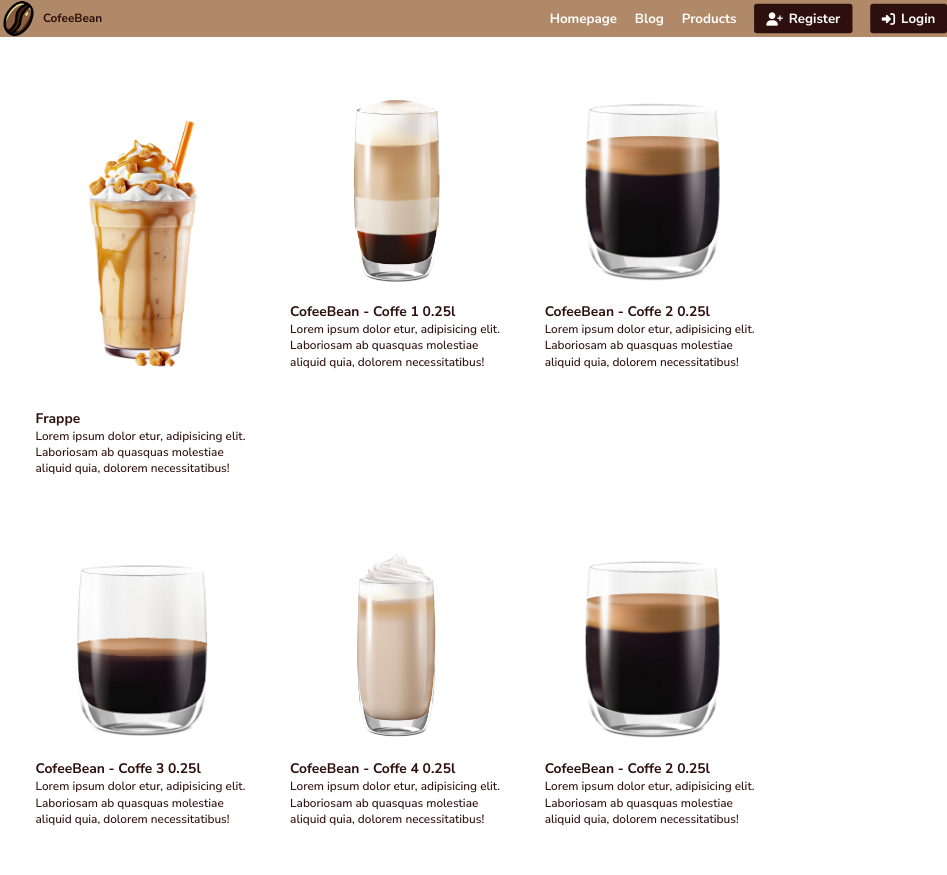
Repository: liviamucioniu/Coffee-Shop-Website
Page: index.html
An editor plug-in stored every save of this project. The page is shown before and after the next save, followed by the edit.
The browser window is 1280 px wide. The pictures show the whole page, at 74% of full size.

Above is the page before, as saved 2023-10-22 11:24:34.

### index.html
<!DOCTYPE html>
<html lang="en">
    <head>
        <meta charset="UTF-8" />
        <meta name="viewport" content="width=device-width, initial-scale=1.0" />
        <title>Magazin online</title>
        <link rel="stylesheet" href="styles.css" />
        <script defer src="script.js"></script>
        <link rel="preconnect" href="https://fonts.googleapis.com" />
        <link rel="preconnect" href="https://fonts.gstatic.com" crossorigin />
        <link
            href="https://fonts.googleapis.com/css2?family=Montserrat:ital,wght@0,200;0,400;0,500;1,100;1,200;1,300;1,400;1,500&family=Nunito+Sans:ital,opsz,wght@0,6..12,200;0,6..12,300;0,6..12,500;0,6..12,600;0,6..12,700;0,6..12,900;0,6..12,1000;1,6..12,200;1,6..12,300;1,6..12,400;1,6..12,500;1,6..12,600;1,6..12,900;1,6..12,1000&family=Open+Sans:ital,wght@1,300&family=Poppins:ital,wght@0,400;1,300;1,500&display=swap"
            rel="stylesheet"
        />
        <link
            rel="stylesheet"
            href="https://cdnjs.cloudflare.com/ajax/libs/font-awesome/6.4.2/css/all.min.css"
            integrity="sha512-z3gLpd7yknf1YoNbCzqRKc4qyor8gaKU1qmn+CShxbuBusANI9QpRohGBreCFkKxLhei6S9CQXFEbbKuqLg0DA=="
            crossorigin="anonymous"
            referrerpolicy="no-referrer"
        />
    </head>
    <body>
        <header id="header">
            <!-- logo-wrapper -->
            <div class="logo-wrapper">
                <img class="logo" src="./assets/logo.png" alt="Logo" />
                <h4 class="name">CofeeBean</h4>
            </div>
            <!-- nav -->
            <nav id="menu" class="navigation">
                <a class="link" href="#">Homepage</a>
                <a class="link" href="#">Blog</a>
                <a class="link" href="#">Products</a>
                <a class="link button" href="#">
                    <i class="fa-solid fa-user-plus"></i>Register</a
                >
                <a class="link button" href="#">
                    <i class="fa-solid fa-right-to-bracket"></i>Login</a
                >
            </nav>
            <!-- hamurger menu -->
            <div id="toggle-mobile-menu" class="mobile-menu-toggle">
                <i class="fa-solid fa-bars"></i>
            </div>
        </header>
        <!-- sectiunea -->
        <section id="product-list">
            <!-- div-card -->
            <div class="product-card">
                <img
                    class="product-image"
                    src="./assets/images/frappe.png"
                    alt="Frappe"
                />
                <h3 class="product-name">Frappe</h3>
                <p class="product-description">
                    Lorem ipsum dolor etur, adipisicing elit. Laboriosam ab
                    quasquas molestiae aliquid quia, dolorem necessitatibus!
                </p>
            </div>
            <!-- div-card -->
            <div class="product-card">
                <img
                    class="product-image"
                    src="./assets/images/coffee-1.png"
                    alt="CofeeBean - Coffe 1 0.25l"
                />
                <h3 class="product-name">CofeeBean - Coffe 1 0.25l</h3>
                <p class="product-description">
                    Lorem ipsum dolor etur, adipisicing elit. Laboriosam ab
                    quasquas molestiae aliquid quia, dolorem necessitatibus!
                </p>
            </div>
            <!-- div-card -->
            <div class="product-card">
                <img
                    class="product-image"
                    src="./assets/images/coffee-2.png"
                    alt="CofeeBean - Coffe 2 0.25l"
                />
                <h3 class="product-name">CofeeBean - Coffe 2 0.25l</h3>
                <p class="product-description">
                    Lorem ipsum dolor etur, adipisicing elit. Laboriosam ab
                    quasquas molestiae aliquid quia, dolorem necessitatibus!
                </p>
            </div>
            <!-- div-card -->
            <div class="product-card">
                <img
                    class="product-image"
                    src="./assets/images/coffee-3.png"
                    alt="CofeeBean - Coffe 3 0.25l"
                />
                <h3 class="product-name">CofeeBean - Coffe 3 0.25l</h3>
                <p class="product-description">
                    Lorem ipsum dolor etur, adipisicing elit. Laboriosam ab
                    quasquas molestiae aliquid quia, dolorem necessitatibus!
                </p>
            </div>
            <!-- div-card -->
            <div class="product-card">
                <img
                    class="product-image"
                    src="./assets/images/coffee-4.png"
                    alt="CofeeBean - Coffe 4 0.25l"
                />
                <h3 class="product-name">CofeeBean - Coffe 4 0.25l</h3>
                <p class="product-description">
                    Lorem ipsum dolor etur, adipisicing elit. Laboriosam ab
                    quasquas molestiae aliquid quia, dolorem necessitatibus!
                </p>
            </div>
            <!-- div-card -->
            <div class="product-card">
                <img
                    class="product-image"
                    src="./assets/images/coffee-2.png"
                    alt="CofeeBean - Coffe 2 0.25l"
                />
                <h3 class="product-name">CofeeBean - Coffe 2 0.25l</h3>
                <p class="product-description">
                    Lorem ipsum dolor etur, adipisicing elit. Laboriosam ab
                    quasquas molestiae aliquid quia, dolorem necessitatibus!
                </p>
            </div>
        </section>
    </body>
</html>

<!-- 1.09 -->

### styles.css
:root {
    --coffee-color-1: #ede0d4;
    --coffee-color-2: #e6ccb2;
    --coffee-color-3: #ddb892;
    --coffee-color-4: #b08968;
    --coffee-color-5: #7f5539;
    --coffee-color-6: #9c6644;
    --color-light: #fffefd;
    --color-dark: #2d100e;
    --header-height: 98px;
}

html {
    font-size: 16px;
}

*,
*::before,
*::after {
    margin: 0;
    padding: 0;
}

body {
    color: var(--color-dark);
    font-family: "Nunito Sans", sans-serif;
}

@media screen and (max-width: 560px) {
    html {
        font-size: 12px;
    }
}

/* body */

#header {
    padding: 2rem 1 rem;
    background-color: var(--coffee-color-4);
    display: flex;
    justify-content: space-between;
    align-items: center;
}

#header .mobile-menu-toggle {
    display: none;
    font-size: 1.75rem;
}

#header .mobile-menu-toggle:hover {
    cursor: pointer;
}

#header .logo-wrapper {
    display: flex;
    align-items: center;
    gap: 0.5rem;
}

#header .logo-wrapper .logo {
    max-width: 50px;
}

#header.logo-wrapper .name {
    font-size: 1.75rem;
}

#header .navigation {
    display: flex;
    align-items: center;
    gap: 1.5rem;
}

#header .navigation .link {
    font-size: 1.125rem;
    text-decoration: none;
    color: var(--color-light);
    font-weight: 700;
    transition: all 0.3s ease-in-out;
}

#header .navigation .link:hover {
    color: var(--color-dark);
}

#header .navigation .link.button {
    display: flex;
    align-items: center;
    gap: 0.5rem;
    padding: 0.5rem 1rem;
    background-color: var(--color-dark);
    border-radius: 0.25rem;
}

#header .navigation .link.button:hover {
    background-color: var(--coffee-color-3);
}

#product-list {
    display: flex;
    gap: 1.5rem;
    padding: 2rem;
    flex-wrap: wrap;
}

.product-card {
    border-radius: 0.5rem;
    max-width: 18rem;
    padding: 2rem 1rem;
}

.product-image {
    max-width: 100%;
}

@media screen and (max-width: 850px) {
    #header .navigation {
        display: none;
    }

    #header .navigation.mobile-open {
        display: flex;
        position: absolute;
        top: var(--header-height);
        left: 0;
        animation-name: mobilemenu;
        animation-duration: 1.5s;
        animation-fill-mode: forwards;
        left: 0;
        top: 114px;
        flex-direction: column;
        justify-content: center;
        z-index: 100;
        background-color: var(--coffee-color-4);
    }

    #header .mobile-menu-toggle {
        display: block;
    }
}

@keyframes mobilemenu {
    from {
        width: 0;
        height: 0;
        opacity: 0;
        left: 50%;
        border-radius: 2rem;
    }

    to {
        width: 100vw;
        height: calc(100vh - var(--header-height));
        opacity: 1;
        left: 0;
        border-radius: 0rem;
    }
}

### script.js
// const title = document.getElementById("title");
// console.log(title);
// title.classList.add("main");

After the next save:
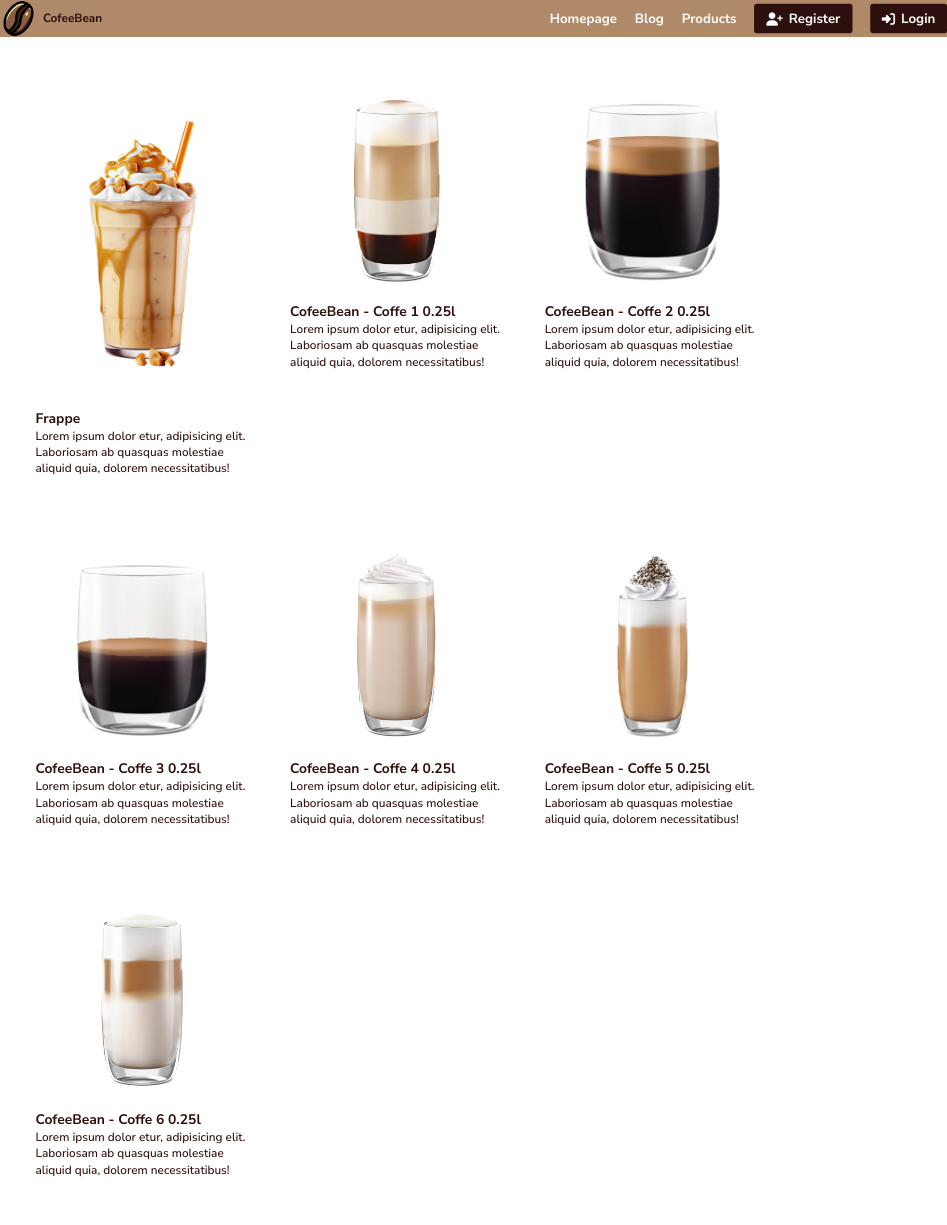
Saved 31 s later.
--- a/index.html
+++ b/index.html
@@ -115,10 +115,23 @@
             <div class="product-card">
                 <img
                     class="product-image"
-                    src="./assets/images/coffee-2.png"
-                    alt="CofeeBean - Coffe 2 0.25l"
+                    src="./assets/images/coffee-5.png"
+                    alt="CofeeBean - Coffe 5 0.25l"
                 />
-                <h3 class="product-name">CofeeBean - Coffe 2 0.25l</h3>
+                <h3 class="product-name">CofeeBean - Coffe 5 0.25l</h3>
+                <p class="product-description">
+                    Lorem ipsum dolor etur, adipisicing elit. Laboriosam ab
+                    quasquas molestiae aliquid quia, dolorem necessitatibus!
+                </p>
+            </div>
+            <!-- div-card -->
+            <div class="product-card">
+                <img
+                    class="product-image"
+                    src="./assets/images/coffee-6.png"
+                    alt="CofeeBean - Coffe 6 0.25l"
+                />
+                <h3 class="product-name">CofeeBean - Coffe 6 0.25l</h3>
                 <p class="product-description">
                     Lorem ipsum dolor etur, adipisicing elit. Laboriosam ab
                     quasquas molestiae aliquid quia, dolorem necessitatibus!
